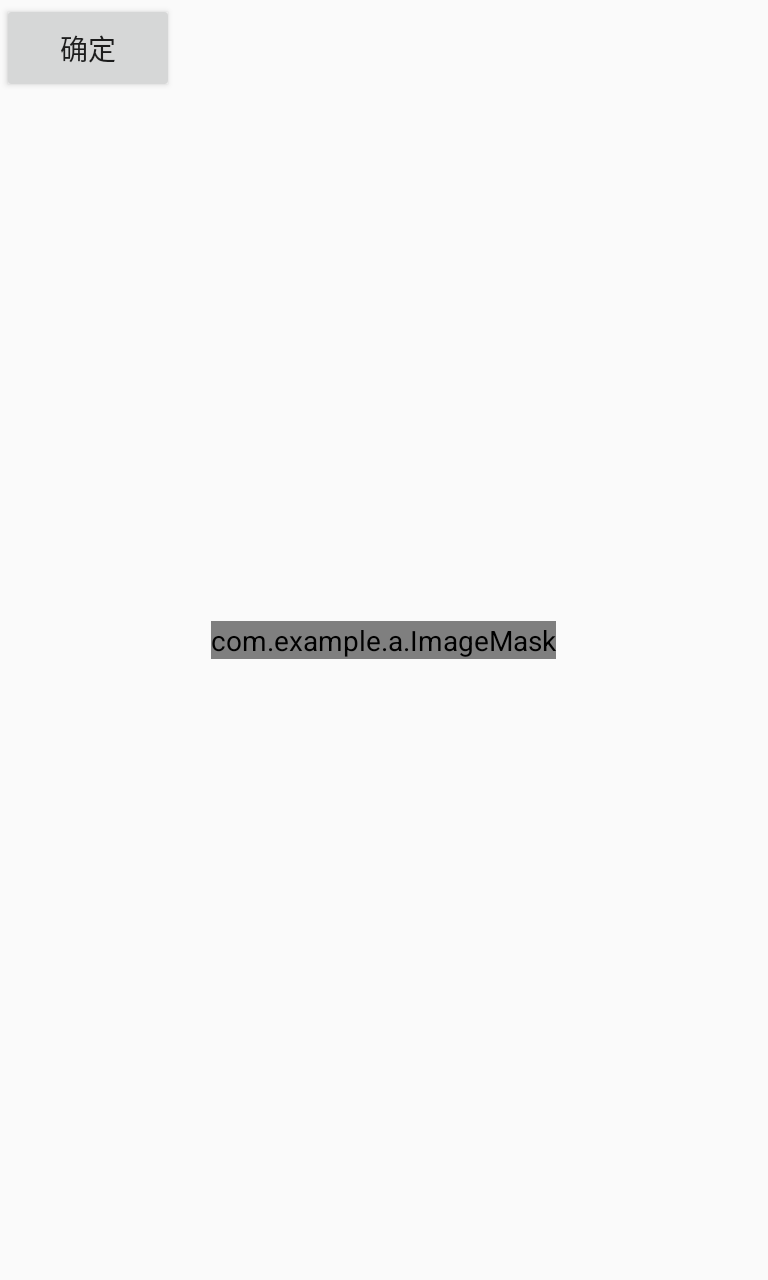
Repository: gmDreamer/android
Layout: a/res/layout/activity_main.xml
The author's editor kept a copy of each file at every save. The layout is drawn from the files as they stood at one save, then again after the next save.
Pictures or frames that could not be fetched are drawn as grey boxes. It is drawn on a 768 x 1280 px phone screen (xhdpi) without system bars, with theme AppTheme; the app's code is not run.

Above is the layout before, as saved 2016-04-26 08:01:27.

After the next save:
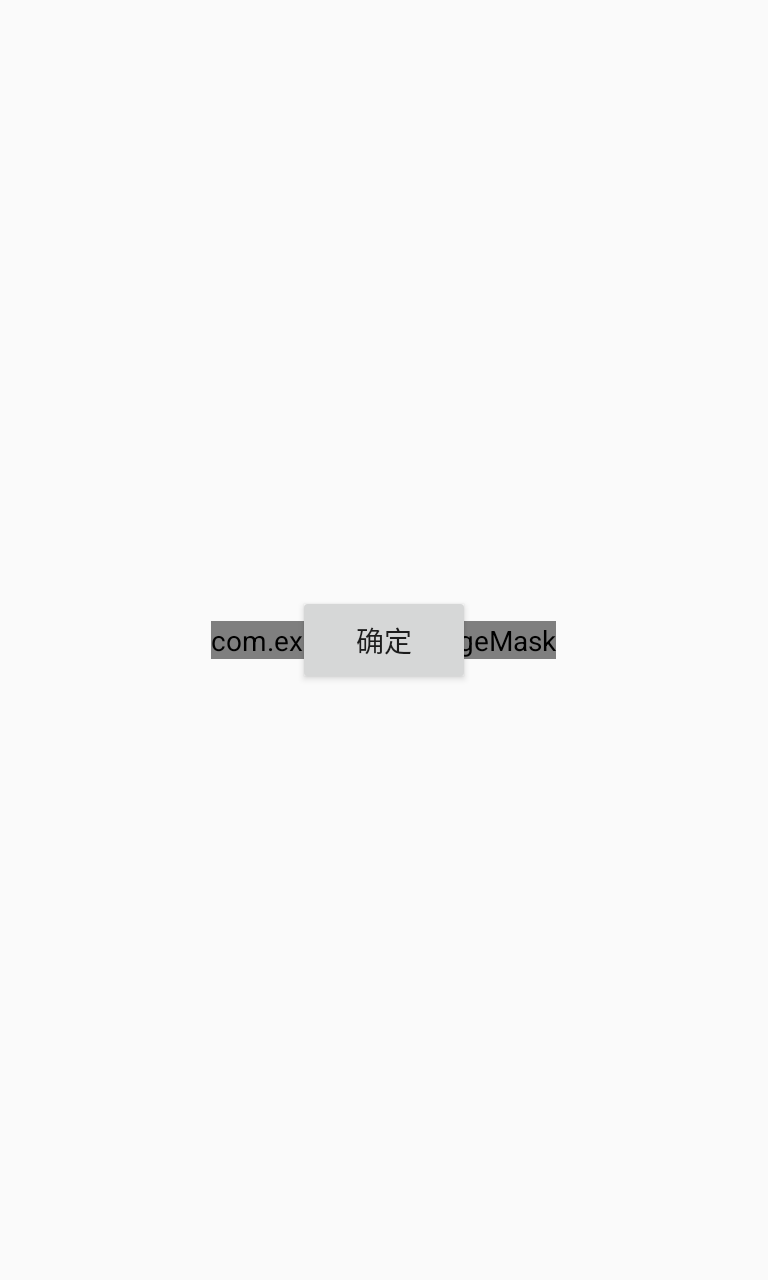
Saved 9 s later.
--- a/a/res/layout/activity_main.xml
+++ b/a/res/layout/activity_main.xml
@@ -155,6 +155,7 @@
                      />
                       <Button android:layout_width="wrap_content"
                        android:layout_height="wrap_content"
+                       android:layout_centerInParent="true"
                        android:text="确定"
                        />
  </RelativeLayout>
